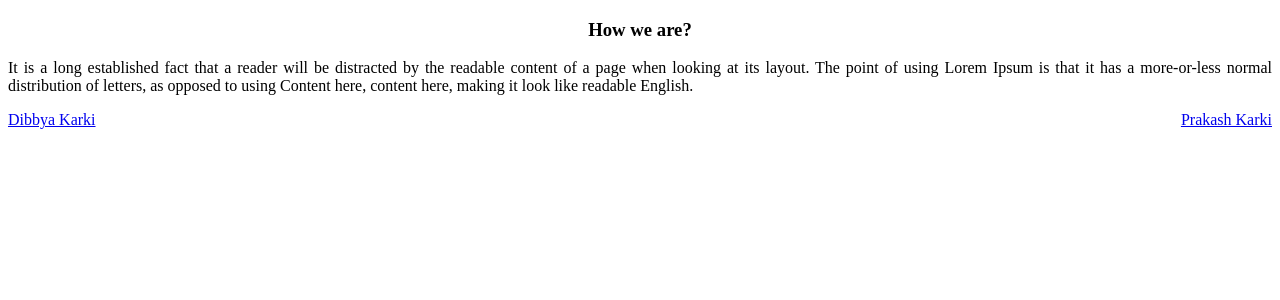
Repository: Dibbya65/Django-Basic
Page: http://localhost/about/
These files come from the project's save history. The page is drawn as it stood at one moment and after the next save; the edit follows.
The browser window is 1280 px wide. The pictures show the whole page.
The page is served by the project's application, run on Django 3.2 (manage.py).

Above is the page before, as saved 2021-11-14 03:07:05.

After the next save:
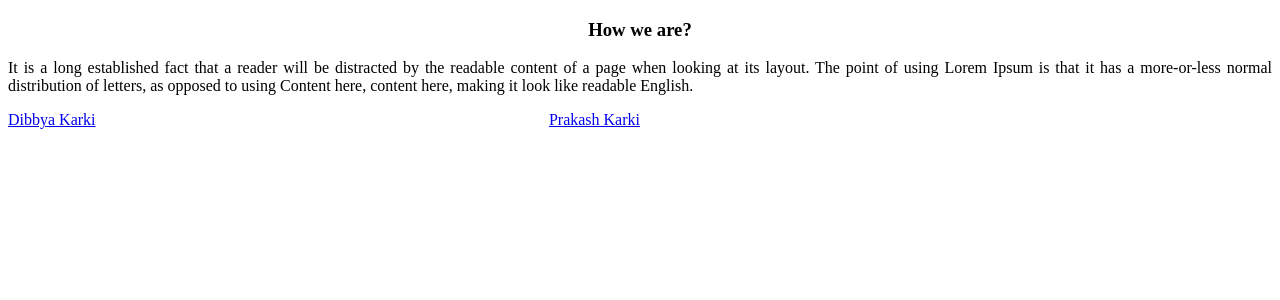
Saved 24 s later.
--- a/base/templates/base/about.html
+++ b/base/templates/base/about.html
@@ -6,7 +6,7 @@
 <h3 style="text-align:center">{{about_page_title}}</h3>
 <p style="text-align:justify">{{about_page_description}}</p>
 {%if teams %}
-<div style="display:flex;justify-content:space-between;">
+<div style="width:50%;display:flex;justify-content:space-between;">
 {%for team in teams %}
     <a href="{% url 'about-detail' team.id %}">{{ team.name}}</a>
 {%endfor%}
